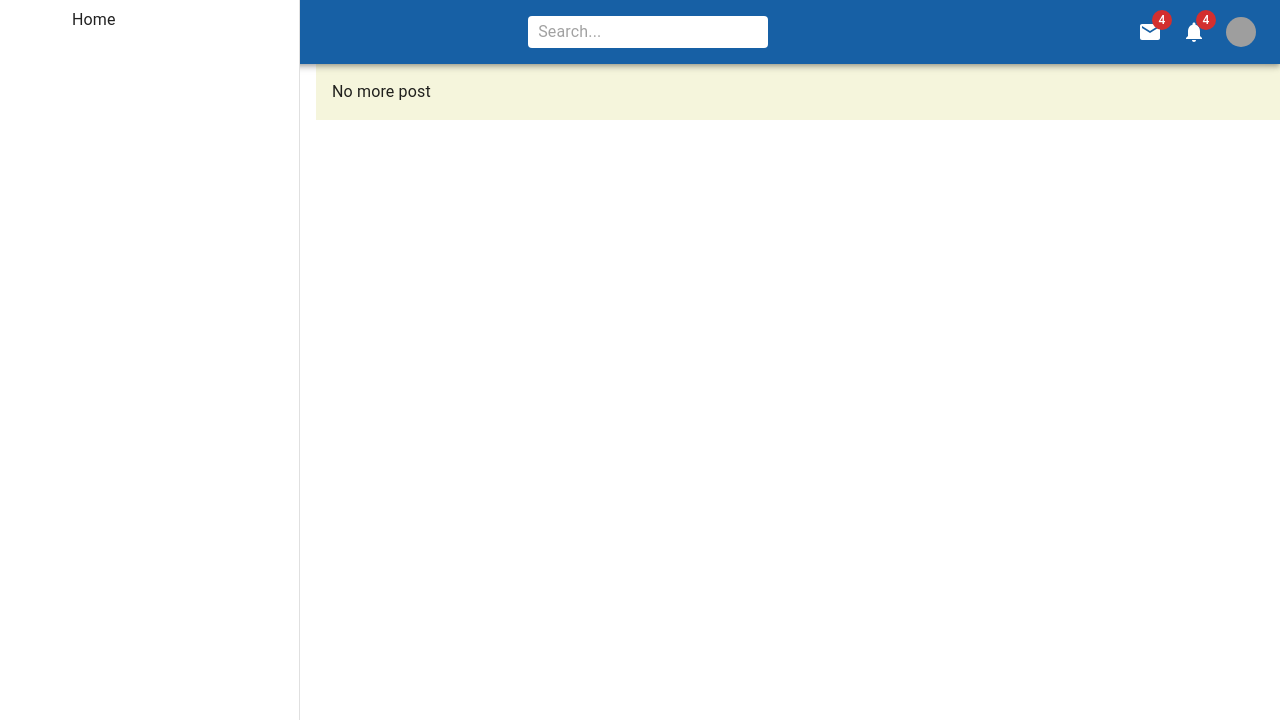
Repository: TrangPhuongLam07/exchangebookfrontend
Page: /
These files come from the project's save history. The page is drawn as it stood at one moment and after the next save; the edit follows.
The browser window is 1280 px wide. The pictures show the whole page.
Pictures or frames that could not be fetched are drawn as grey boxes. The page's requests for data from a server got no answer. The project was rebuilt for these pictures with package versions that can differ from the ones it lists, and the page was loaded fresh each time. Some packages were replaced by stand-ins written for this rebuild. No one was signed in, and anything a server would have sent is missing. Also part of the build but not shown: craco.config.js, src/components/post/index.js. Imported but missing from the stored project, and not drawn on this page: src/pages/management/add-post, src/pages/management/update-post.

Above is the page before, as saved 2023-08-01 16:58:35.

After the next save:
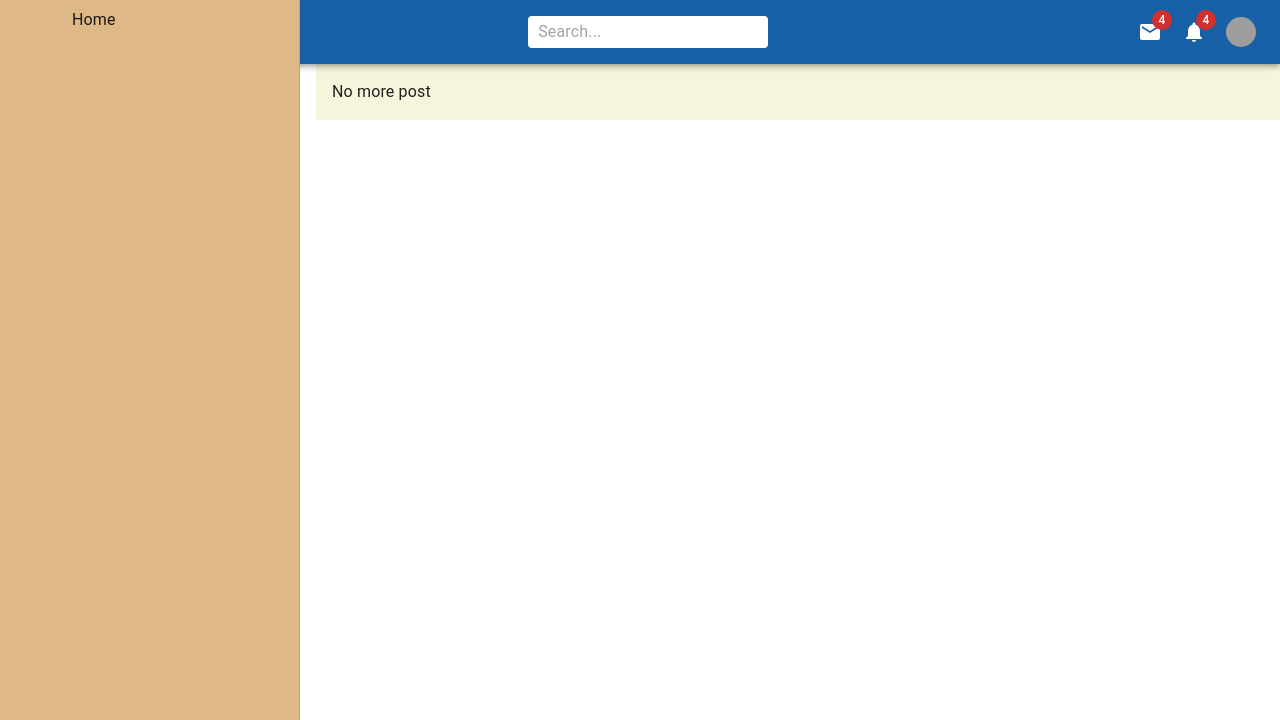
Saved 52 s later.
--- a/src/components/sidebar/index.js
+++ b/src/components/sidebar/index.js
@@ -80,6 +80,7 @@ const Sidebar = () => {
         "& .MuiDrawer-paper": {
           width: 300,
           boxSizing: "border-box",
+          backgroundColor: "burlywood",
         },
       }}
     >
